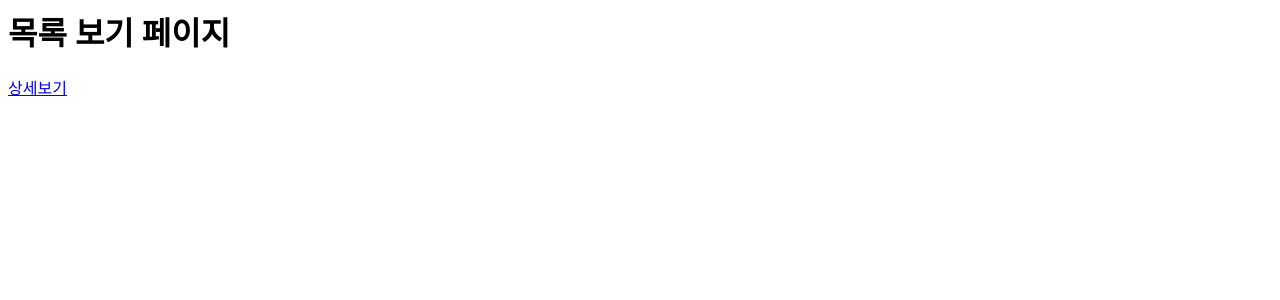
Repository: ur-developer/backend_workspace
Page: http://localhost/chapter09/views/list.jsp
An editor plug-in stored every save of this project. The page is shown before and after the next save, followed by the edit.
The browser window is 1280 px wide. The pictures show the whole page.
The page is served by Tomcat 9.

Above is the page before, as saved 2023-09-04 07:43:31.

After the next save:
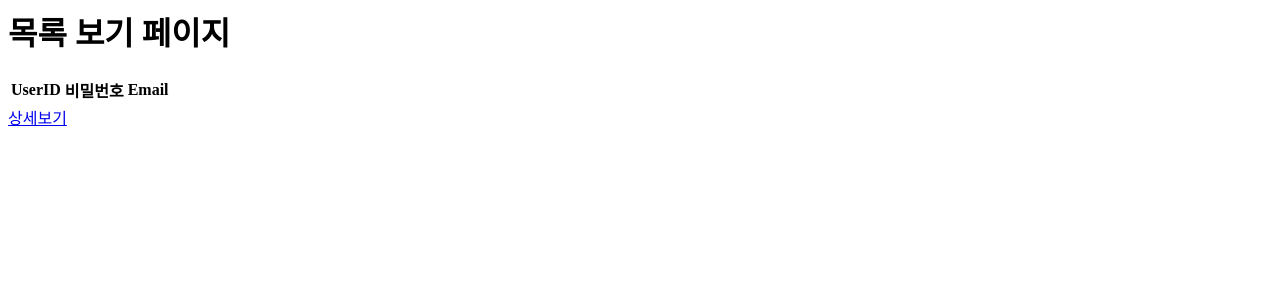
Saved 2 min 2 s later.
--- a/03_jspservelt/chapter09/src/main/webapp/views/list.jsp
+++ b/03_jspservelt/chapter09/src/main/webapp/views/list.jsp
@@ -8,5 +8,15 @@
 		목록 보기 페이지
      </h1>
 
+     <table>
+     	<thead>
+    		<tr>
+    			<th>UserID</th>
+    			<th>비밀번호</th>
+    			<th>Email</th>
+     		</tr>
+     	</thead>
+     </table>
+
      <a href="detail.do">상세보기</a>
     </div>
